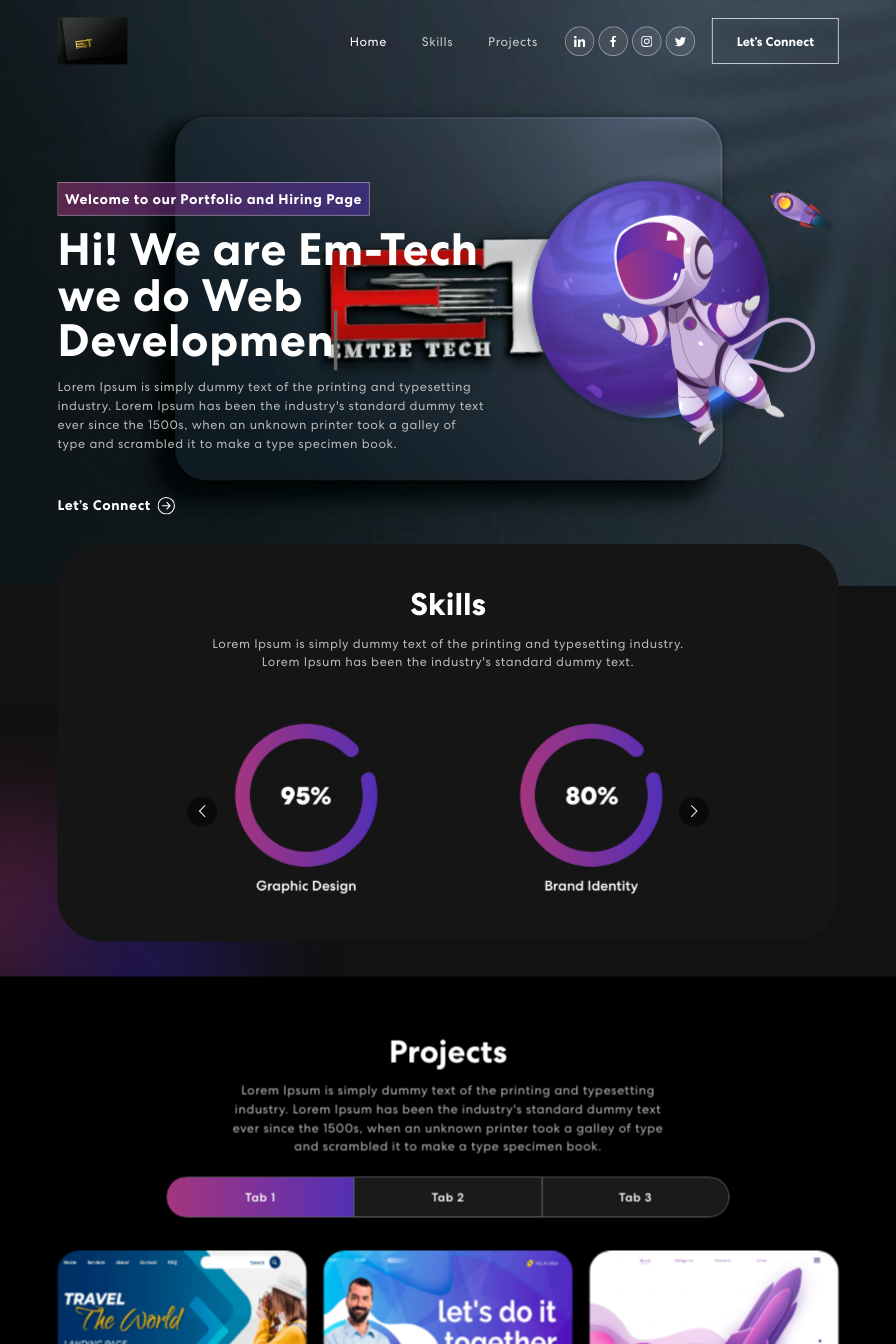
Repository: EmmanuelKeifala/emtee
Page: /
These files come from the project's save history. The page is drawn as it stood at one moment and after the next save; the edit follows.
The browser window is 1280 px wide. The pictures show the part of the page from y = 0 to 1920 px (the page is 3404 px tall), at 70% of full size.
The project was rebuilt for these pictures with package versions that can differ from the ones it lists, and the page was loaded fresh each time. Some packages were replaced by stand-ins written for this rebuild.

Above is the page before, as saved 2022-09-29 21:07:27.

After the next save:
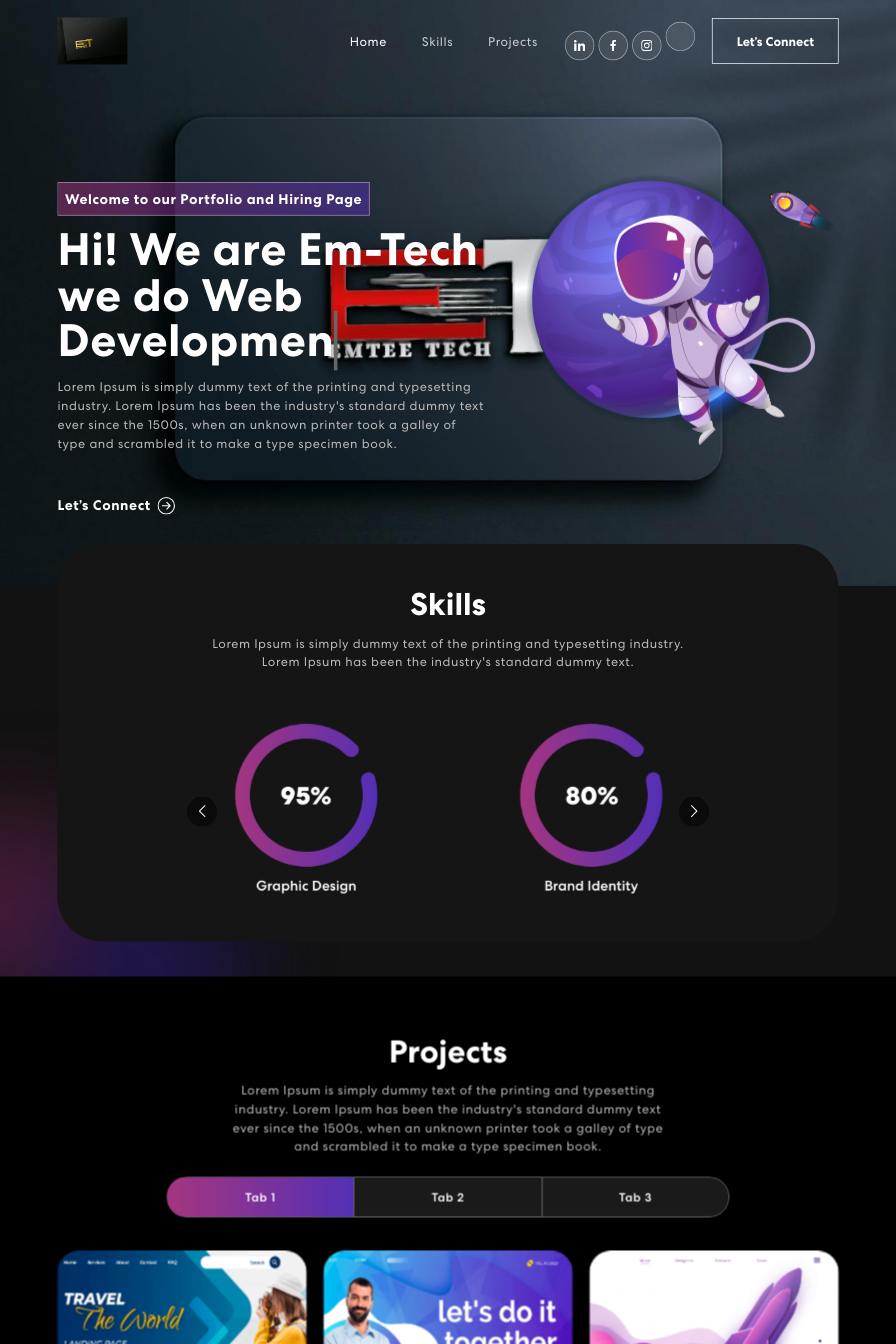
Saved 119 s later.
--- a/src/App.css
+++ b/src/App.css
@@ -155,6 +155,17 @@ span.navbar-text {
   border: 1px solid rgba(255, 255, 255, 0.5);
 }
 
+.twit {
+  content: "";
+  width: 42px;
+  height: 42px;
+  position: absolute;
+  background-color: #ffffff;
+  border-radius: 50%;
+  transform: scale(0);
+  transition: 0.3s ease-in-out;
+}
+
 .social-icon a::before {
   content: "";
   width: 42px;
@@ -331,13 +342,7 @@ nav.navbar .navbar-toggler[aria-expanded="true"] .navbar-toggler-icon {
   margin-left: 25px;
 }
 
-.twit {
-  color: white;
-}
-
-.twit:hover {
-  color: #000;
-}
+
 
 .banner img {
   animation: updown 3s linear infinite;
